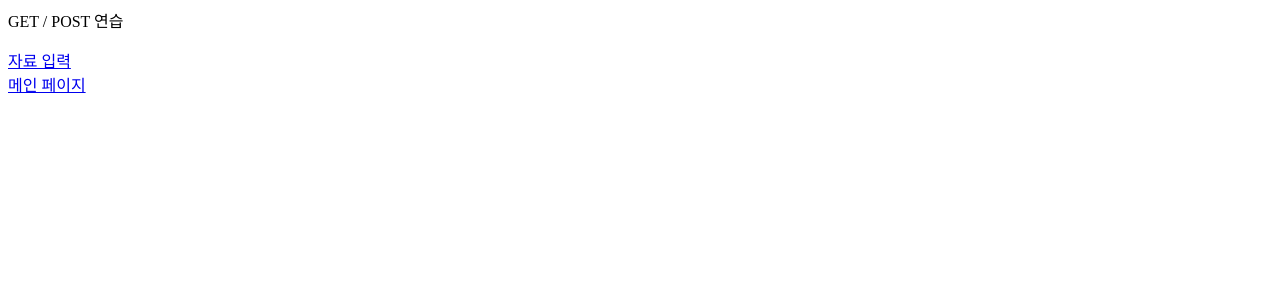
Repository: Jong-hp/Python
Page: django2/gpapp/templates/callget.html
The author's editor kept a copy of each file at every save. The page is drawn from the files as they stood at one save, then again after the next save.
The browser window is 1280 px wide. The pictures show the whole page.

Above is the page before, as saved 2022-10-17 01:52:21.

### django2/gpapp/templates/callget.html
<!DOCTYPE html>
<html>
<head>
<meta charset="UTF-8">
<title>Insert title here</title>
</head>
<body>
GET / POST 연습<p/>
<a href="/gptest/insert">자료 입력</a>
<br>
<a href="/">메인 페이지</a>
</body>
</html>

After the next save:
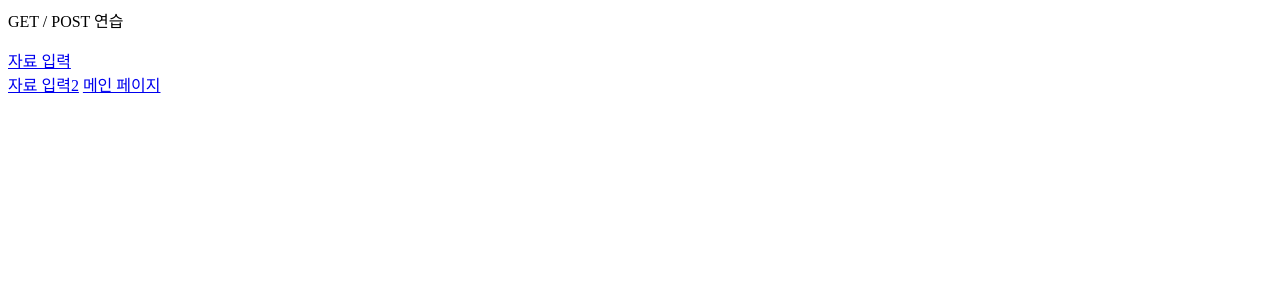
Saved 113 s later.
--- a/django2/gpapp/templates/callget.html
+++ b/django2/gpapp/templates/callget.html
@@ -8,6 +8,8 @@
 GET / POST 연습<p/>
 <a href="/gptest/insert">자료 입력</a>
 <br>
+<a href="/gptest/insert">자료 입력2</a>
+
 <a href="/">메인 페이지</a>
 </body>
 </html>
